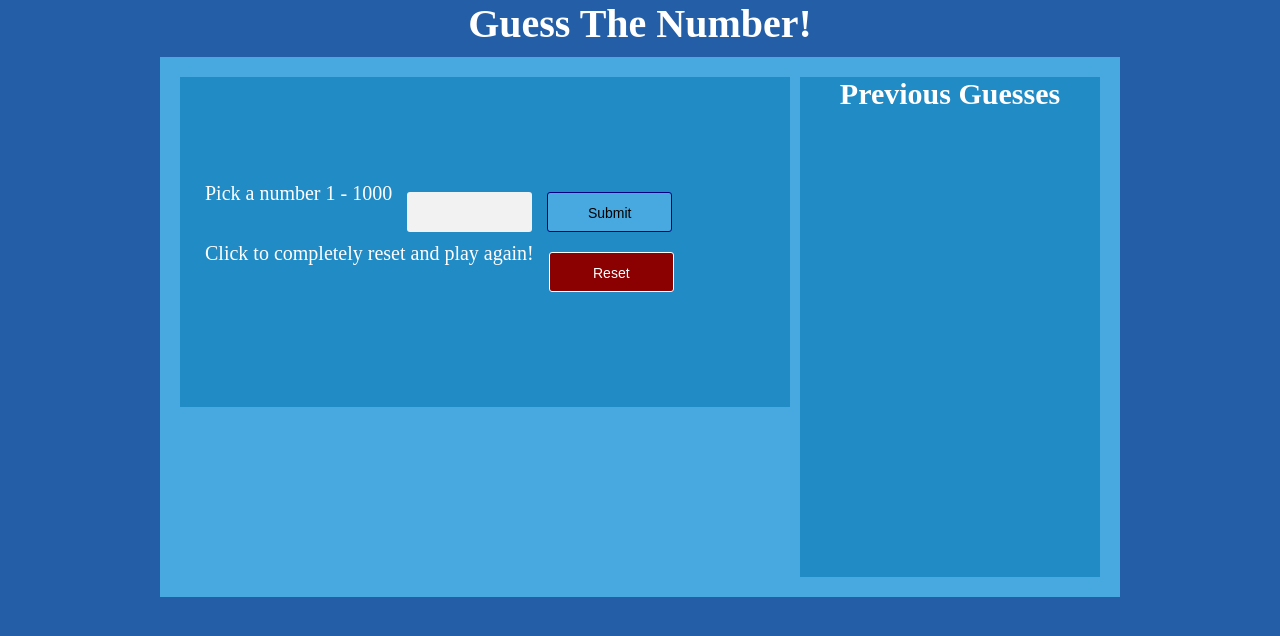
Repository: mlmEFSC21/P15-Modified-Guessing-Game
Page: guess.html
An editor plug-in stored every save of this project. The page is shown before and after a run of saves, followed by the edit.
The browser window is 1280 px wide. The pictures show the whole page.

Above is the page before, as saved 2022-03-21 20:54:11.

### guess.html
<!DOCTYPE html>
<html lang="en">
    <head>
        <meta charset="UTF-8" />
        <meta http-equiv="X-UA-Compatible" content="IE=edge" />
        <meta name="viewport" content="width=device-width, initial-scale=1.0" />
        <link rel="stylesheet" href="guess.css" />
        <script src="guess.js" defer></script>
        <title>Guessing Game</title>
    </head>
    <body>
        <header>
            <h1 class="pageTitle">Guess The Number!</h1>
        </header>
        <section>
            <div class="gameContainer" id="container">
                <div class="results" id="results">
                    <form action="#" class="inputForm">
                        <label for="guessInput">Pick a number 1 - 1000</label>
                        <input
                            type="text"
                            required
                            name="guessInput"
                            class="guessInput"
                            id="guessInput"
                        />
                        <input type="button" class="submitBtn" id="submitBtn" value="Submit" />
                        <label for="resetBtn">Click to completely reset and play again!</label>
                        <button type="reset" class="resetBtn" id="resetBtn" name="Reset">
                            Reset
                        </button>
                    </form>
                </div>
                <div class="guessesContainer" id="guessesContainer">
                    <h2>Previous Guesses</h2>
                    <ul class="guesses" id="guessList"></ul>
                </div>
            </div>
        </section>
    </body>
</html>

### guess.css
:root {
    --clr-primary: #218bc6;
    --clr-secondary: #48a9e0;
    --clr-tertiary: #235ea6;
}

*,
*::after,
*::before {
    box-sizing: border-box;
    margin: 0;
    padding: 0;
}
body {
    background-color: var(--clr-tertiary);
    color: white;
    font-size: 20px;
}
.pageTitle {
    text-align: center;
}
.gameContainer {
    background-color: var(--clr-secondary);
    display: grid;
    max-width: 960px;
    height: 75vh;
    margin: 10px auto;
    padding: 20px;
    grid-template-columns: repeat(3, 1fr);
    grid-template-rows: repeat(3, 1fr);
    gap: 10px;
    align-items: center;
    justify-content: center;
}
.results {
    background-color: var(--clr-primary);
    display: flex;
    flex-direction: column-reverse;
    margin: 10px auto;
    padding: 0 25px;
    grid-column: 1 / 3;
    grid-row: 1 / 3;
    height: 100%;
    justify-content: center;
    align-items: center;
    overflow: hidden;
}
input,
button {
    margin-block: 10px;
}
.inputForm {
    display: flex;
    flex-wrap: wrap;
}
label {
    margin-right: 15px;
    /* margin-block: 10px; */
}
input {
    border: none;
    -webkit-appearance: none;
    -ms-appearance: none;
    -moz-appearance: none;
    appearance: none;
    background: #f2f2f2;
    padding: 12px;
    border-radius: 3px;
    width: 125px;
    height: 40px;
    outline: none;
    font-size: 14px;
}
button {
    border: solid 1px white;
    margin-bottom: 10px;
    padding: 12px;
    border-radius: 3px;
    width: 125px;
    height: 40px;
    outline: none;
    font-size: 14px;
}
.submitBtn {
    background: var(--clr-secondary);
    border: solid 0.5px navy;
    margin-left: 15px;
}
.submitBtn:hover {
    background: #44b3db;
}
.resetBtn {
    background: darkred;
    color: white;
}
.resetBtn:hover {
    background: red;
}
.guessesContainer {
    background-color: var(--clr-primary);
    display: flex;
    flex-direction: column;
    flex-grow: 2;
    height: 100%;
    grid-row: 1 / 4;
    align-items: center;
    overflow: hidden;
}
/* the h3 that is appended by the js. It was hugging the container too much. */
h3 {
    margin: 10px;
    text-align: center;
}

### guess.js
let randomNumber = Math.floor(Math.random() * 1000 + 1);
let guesses = [];

const guessInput = document.getElementById("guessInput");
const resultsDiv = document.getElementById("results");
const submitButton = document.getElementById("submitBtn");
const resetButton = document.getElementById("resetBtn");
const p = document.createElement("p");
const ul = document.getElementById("guessList");
const li = document.createElement("li");
const guessesContainer = document.getElementById("guessesContainer");
const h3 = document.createElement("h3");

//checks to see if the guess is higher, lower, or equal to
function checkGuess() {
    const currentGuess = Number(guessInput.value);
    if (currentGuess == randomNumber) {
        guesses.push(currentGuess);
        p.innerText = "Congratulations! You guessed the number!";
        resultsDiv.append(p);
        countGuesses();
    }
    if (currentGuess < randomNumber) {
        guesses.push(currentGuess);
        p.innerText = "Too low. Try again!";
        resultsDiv.append(p);
        trackGuesses();
    }
    if (currentGuess > randomNumber) {
        guesses.push(currentGuess);
        p.innerText = "Too high. Try again!";
        resultsDiv.append(p);
        trackGuesses();
    }
}
//tracks previous guess in a <ul>. Removes <li> and populates from guesses[] each time.
function trackGuesses() {
    while (ul.hasChildNodes()) {
        ul.removeChild(ul.firstChild);
    }
    for (i = 0; i <= guesses.length - 1; i++) {
        let li = document.createElement("li");
        li.innerText = guesses[i];
        ul.appendChild(li);
    }
}

//counts how many guesses. Uses array length.
function countGuesses() {
    let numOfGuesses = guesses.length;
    if (numOfGuesses < 10) {
        h3.innerText = `${numOfGuesses} guesses?! Either you know the secret or you got lucky!`;
    } else if (numOfGuesses == 10) {
        h3.innerText = `${numOfGuesses} guesses. Ahah! You know the secret!`;
    } else if (numOfGuesses > 10) {
        h3.innerText = `Yikes! ${numOfGuesses} guesses... You should be able to do better! *Hint* Knowing the trick is half the battle.`;
    }
    guessesContainer.append(h3);
}
// creates a new random number for replay
function newRNG() {
    randomNumber = Math.floor(Math.random() * 10 + 1);
}
//resets the game completely.
function resetGame() {
    p.innerText = "";
    resultsDiv.append(p);
    while (ul.hasChildNodes()) {
        ul.removeChild(ul.firstChild);
    }
    h3.remove();
    guesses = [];
    newRNG();
    //logging random number for debugging.
    console.log(randomNumber);
}

submitButton.addEventListener("click", checkGuess);
resetButton.addEventListener("click", resetGame);
//logging random number for debugging.
console.log(randomNumber);

After the next 2 saves:
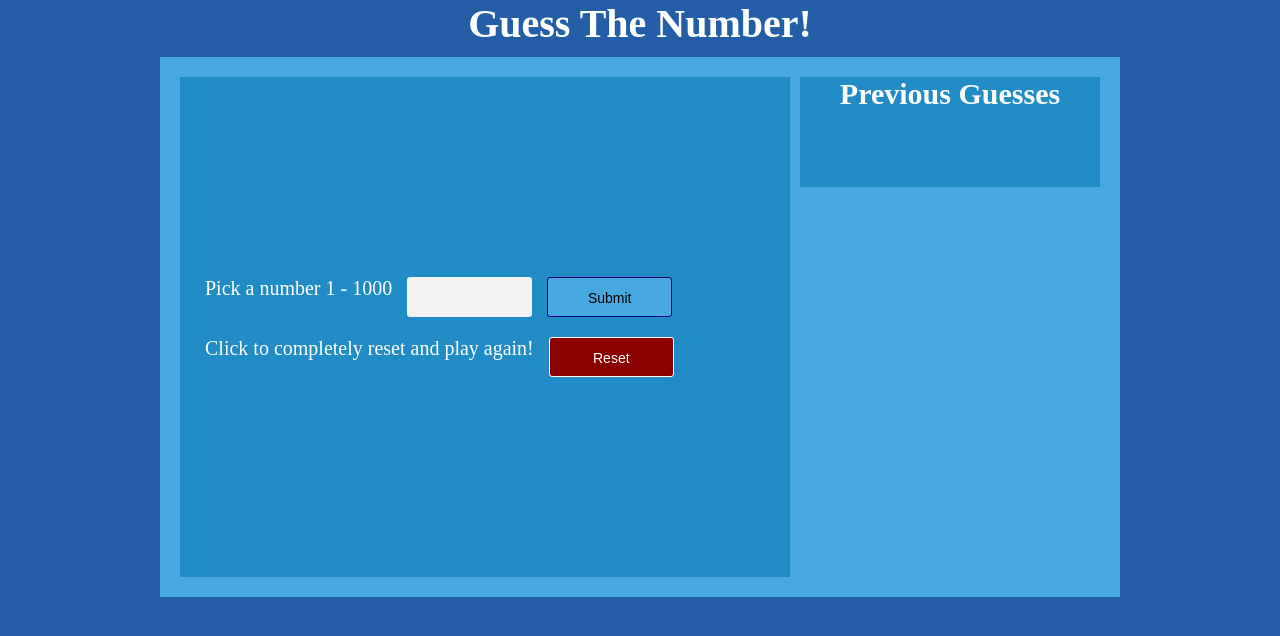
The 2 saves are shown as one change because they came seconds apart.
The last was saved 6 s later.
--- a/guess.css
+++ b/guess.css
@@ -39,7 +39,7 @@
     margin: 10px auto;
     padding: 0 25px;
     grid-column: 1 / 3;
-    grid-row: 1 / 3;
+    grid-row: 1 / 43;
     height: 100%;
     justify-content: center;
     align-items: center;
@@ -55,7 +55,7 @@
 }
 label {
     margin-right: 15px;
-    /* margin-block: 10px; */
+    margin-block: 10px;
 }
 input {
     border: none;

After the save that followed:
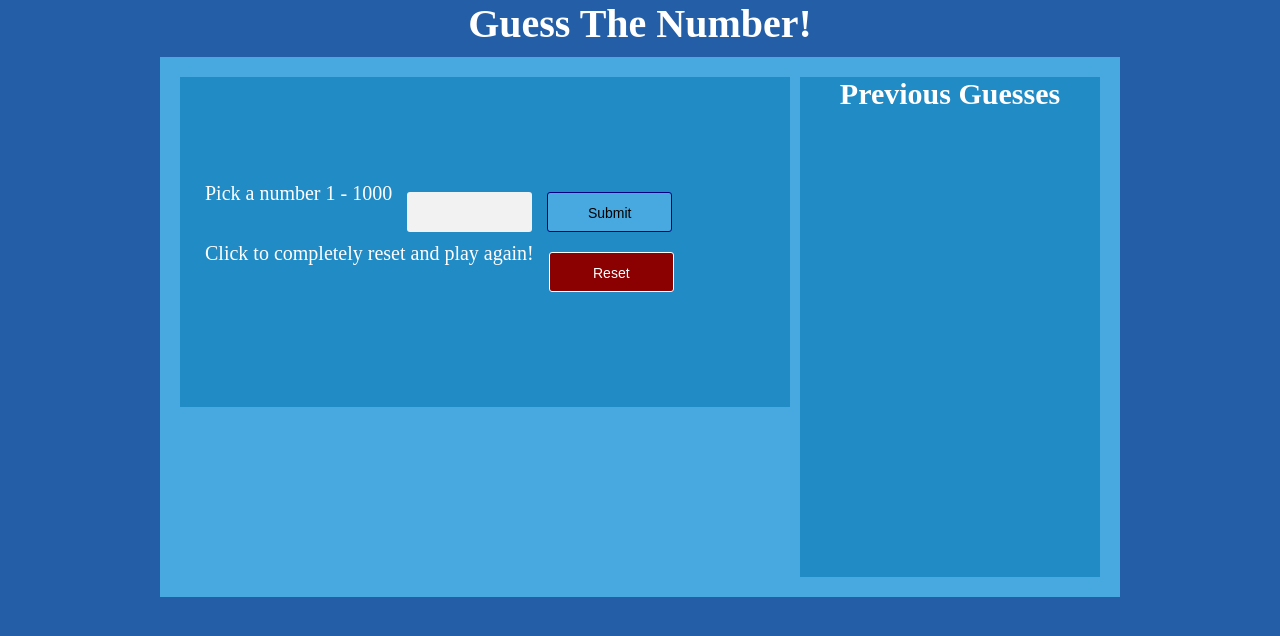
Saved 5 s later.
--- a/guess.css
+++ b/guess.css
@@ -39,7 +39,7 @@
     margin: 10px auto;
     padding: 0 25px;
     grid-column: 1 / 3;
-    grid-row: 1 / 43;
+    grid-row: 1 / 3;
     height: 100%;
     justify-content: center;
     align-items: center;
@@ -55,7 +55,7 @@
 }
 label {
     margin-right: 15px;
-    margin-block: 10px;
+    /* margin-block: 10px; */
 }
 input {
     border: none;
